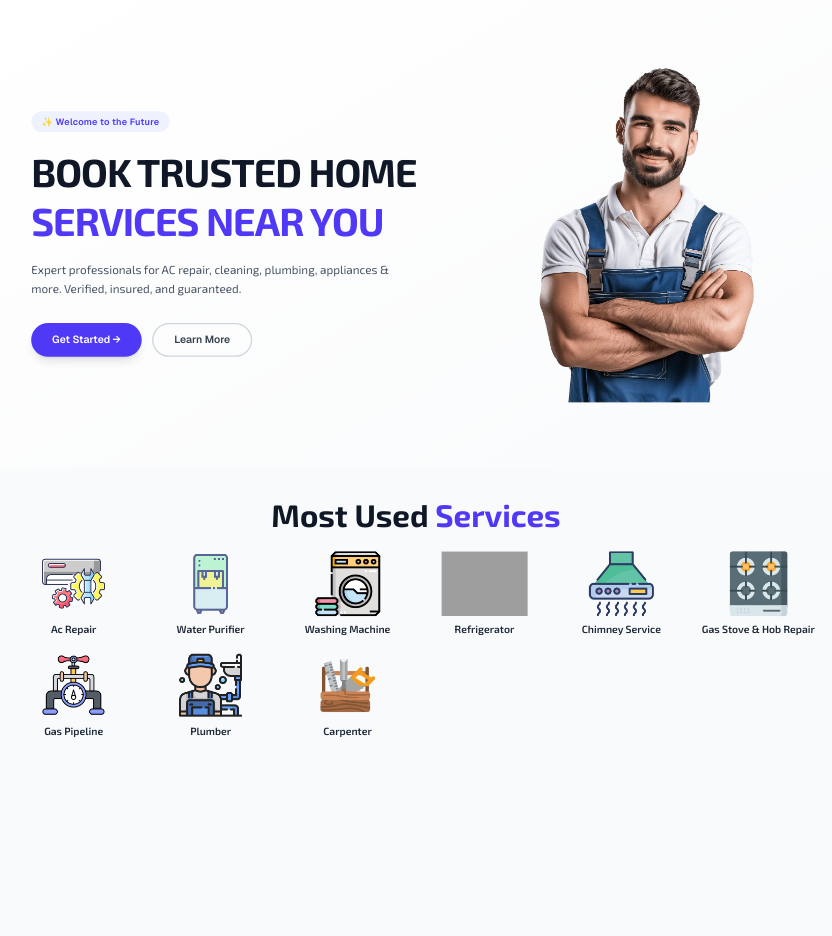
Repository: deepak445566/repai
Page: / (app in repair/)
An editor plug-in stored every save of this project. The page is shown before and after the next save, followed by the edit.
The browser window is 1280 px wide. The pictures show the whole page, at 65% of full size.
Pictures or frames that could not be fetched are drawn as grey boxes. The project was rebuilt for these pictures with package versions that can differ from the ones it lists, and the page was loaded fresh each time. The framework's server and built-in components were replaced by stand-ins that run in the browser. Also part of the build but not shown: repair/next.config.mjs.

Above is the page before, as saved 2026-04-15 13:30:40.

### repair/src/app/layout.js
import { Abril_Fatface, Exo_2, Geist, Geist_Mono } from "next/font/google";
import "./globals.css";

const geistSans = Geist({
  variable: "--font-geist-sans",
  subsets: ["latin"],
});

const geistMono = Geist_Mono({
  variable: "--font-geist-mono",
  subsets: ["latin"],
});
const abril = Abril_Fatface({
  weight: '400',
  subsets: ['latin'],
  variable: '--font-abril',
});

const exo = Exo_2({
  subsets: ['latin'],
  weight: ['400','600','700'],
  variable: '--font-exo',
});

export const metadata = {
  title: "Create Next App",
  description: "Generated by create next app",
};

export default function RootLayout({ children }) {
  return (
    <html
      lang="en"
      className={`${geistSans.variable} ${geistMono.variable} ${abril.variable} ${exo.variable} h-full antialiased`}
    >
      <body className="min-h-full flex flex-col">{children}</body>
    </html>
  );
}

### repair/src/app/page.js
import HeroPage from '@/components/heroPage'
import ServicesPage from '@/components/Service'
import React from 'react'

function page() {
  return (
   <>
   <HeroPage/>
   <ServicesPage/>
   </>
  )
}

export default page

### repair/src/app/globals.css
@import "tailwindcss";

:root {
  --background: #ffffff;
  --foreground: #171717;
}

@theme inline {
  --color-background: var(--background);
  --color-foreground: var(--foreground);
  --font-sans: var(--font-geist-sans);
  --font-mono: var(--font-geist-mono);
}

@media (prefers-color-scheme: dark) {
  :root {
    --background: #0a0a0a;
    --foreground: #ededed;
  }
}

body {
  background: var(--background);
  color: var(--foreground);
  font-family: var(--font-parkinsans);
}



.abril {
  font-family: var(--font-abril);
}

.exo {
  font-family: var(--font-exo);
}

### repair/src/components/heroPage.jsx
import Image from 'next/image';

export default function HeroPage() {
  return (
    <div className="min-h-screen bg-gradient-to-br from-white to-gray-50 flex items-center justify-center px-4 lg:px-12 py-12">
      <div className="max-w-7xl mx-auto w-full">
        <div className="flex flex-col lg:flex-row items-center gap-12 lg:gap-10">

          {/* Left Section - 60% Width */}
          <div className="w-full lg:w-[55%] text-center lg:text-left space-y-6">
            <div className="inline-block px-4 py-1.5 rounded-full bg-indigo-50 text-indigo-600 text-sm font-semibold tracking-wide">
              ✨ Welcome to the Future
            </div>

            <h1 className="text-4xl sm:text-5xl lg:text-6xl font-bold tracking-tight text-gray-900 leading-tight uppercase exo">
            Book Trusted Home
              <span className="text-indigo-600 block"> Services Near You</span>
            </h1>

            <p className="text-lg text-gray-600 max-w-xl mx-auto lg:mx-0 exo">
         Expert professionals for AC repair, cleaning, plumbing, appliances & more. Verified, insured, and guaranteed.
            </p>

            <div className="flex flex-col sm:flex-row gap-4 justify-center lg:justify-start pt-4">
              <button className="px-8 py-3 rounded-full bg-indigo-600 text-white font-semibold shadow-lg hover:bg-indigo-700 transition-all duration-200 transform hover:scale-105">
                Get Started →
              </button>
              <button className="px-8 py-3 rounded-full border-2 border-gray-300 text-gray-700 font-semibold hover:bg-gray-50 transition-all duration-200">
                Learn More
              </button>
            </div>
          </div>

          {/* Right Section - 40% Width */}
          <div className="w-full lg:w-[45%] flex justify-center lg:justify-end">
            <div className="relative w-full max-w-sm sm:max-w-md lg:max-w-lg">
              <div className="absolute inset-0 opacity-60 -z-10"></div>
              <div className="relative overflow-hidden">
                {/* Size control - Apni hisaab se change karo */}
                <div className="relative w-[350px] h-[400px] md:w-[400px] md:h-[400px] lg:w-[550px] lg:h-[550px] mx-auto ">
                  <Image
                    src="/images/image1.png"
                    alt="Hero Image"
                    fill
                    className="object-contain p-4"
                    priority
                  />
                </div>
              </div>
            </div>
          </div>
        </div>
      </div>
    </div>
  );
}

### repair/src/components/Service.jsx
import Image from 'next/image';

export default function ServicesPage() {
  const services = [
    { id: 1, title: "Ac Repair", image: "/images/acrepair.png" },
  { id: 2, title: "Water Purifier", image: "/images/waterrepair.png" },
    { id: 3, title: "Washing Machine", image: "/images/washrepair.png" },
      { id: 4, title: "Refrigerator", image: "/images/fridgerepair.png" },
        { id: 5, title: "Chimney Service", image: "/images/chimneyrepair.png" },
          { id: 6, title: "Gas Stove & Hob Repair", image: "/images/gasrepair.png" },
            { id: 7, title: "Gas Pipeline", image: "/images/piperepair.png" },
              { id: 8, title: "Plumber", image: "/images/plumberrepair.png" },
                { id: 9, title: "Carpenter", image: "/images/carrepair.png" },
  ];

  return (
    <div className="min-h-screen bg-gray-50 py-12 px-4">
      <div className="max-w-7xl mx-auto">

        {/* Header */}
        <div className="text-center mb-8">
          <h2 className="text-3xl sm:text-5xl font-bold text-gray-900 mb-2 exo">
            Most Used <span className="text-indigo-600">Services</span>
          </h2>

        </div>

        {/* Grid - Mobile: 2 columns, Desktop: 6 columns */}
        <div className="grid grid-cols-2 lg:grid-cols-6 gap-3 md:gap-4 exo">
          {services.map((service, index) => (
            <div
              key={service.id}
              className="group cursor-pointer"
            >
              {/* Image Section */}
              <div className="relative h-18 sm:h-22 md:h-25 overflow-hidden ">
                {/* Placeholder - Replace with your images */}

                {/* Actual Image - Uncomment when ready */}
                <Image src={service.image} alt={service.title} fill className="object-contain  transition-transform duration-500" />
              </div>

              {/* Title Section */}
              <div className="py-2 px-1 sm:py-2.5 sm:px-2 text-center">
                <h3 className="text-xs sm:text-sm md:text-base font-semibold text-gray-800 group-hover:text-indigo-600 transition-colors leading-tight">
                  {service.title}
                </h3>
              </div>
            </div>
          ))}
        </div>
      </div>
    </div>
  );
}

### repair/src/components/whyChooseUs.jsx
import Image from 'next/image';

export default function WhyChooseUs() {
  return (
    <div className="bg-gray-50 py-16 px-4">
      <div className="max-w-7xl mx-auto">

        {/* Header with Image */}
        <div className="text-center mb-12">
          <h2 className="text-4xl lg:text-5xl font-bold text-gray-900 mb-4">
            Why Choose <span className="text-indigo-600">Our Services</span>
          </h2>
          <p className="text-gray-600 text-lg max-w-2xl mx-auto">
            Professional repair services you can trust for all your home appliances
          </p>
        </div>

        {/* Features Grid */}
        <div className="grid grid-cols-1 md:grid-cols-2 lg:grid-cols-3 gap-6">
          {/* Feature 1 */}
          <div className="bg-white rounded-xl p-6 shadow-md hover:shadow-xl transition-all">
            <div className="w-14 h-14 bg-blue-100 rounded-full flex items-center justify-center mb-4">
              <svg className="w-7 h-7 text-blue-600" fill="none" stroke="currentColor" viewBox="0 0 24 24">
                <path strokeLinecap="round" strokeLinejoin="round" strokeWidth={2} d="M9 12l2 2 4-4m5.618-4.016A11.955 11.955 0 0112 2.944a11.955 11.955 0 01-8.618 3.04A12.02 12.02 0 003 9c0 5.591 3.824 10.29 9 11.622 5.176-1.332 9-6.03 9-11.622 0-1.042-.133-2.052-.382-3.016z" />
              </svg>
            </div>
            <h3 className="text-xl font-bold mb-2">Verified Professionals</h3>
            <p className="text-gray-600">All service providers are thoroughly verified and trained experts with proven track records</p>
          </div>

          {/* Feature 2 */}
          <div className="bg-white rounded-xl p-6 shadow-md hover:shadow-xl transition-all">
            <div className="w-14 h-14 bg-green-100 rounded-full flex items-center justify-center mb-4">
              <svg className="w-7 h-7 text-green-600" fill="none" stroke="currentColor" viewBox="0 0 24 24">
                <path strokeLinecap="round" strokeLinejoin="round" strokeWidth={2} d="M12 8c-1.657 0-3 .895-3 2s1.343 2 3 2 3 .895 3 2-1.343 2-3 2m0-8c1.11 0 2.08.402 2.599 1M12 8V7m0 1v8m0 0v1m0-1c-1.11 0-2.08-.402-2.599-1M21 12a9 9 0 11-18 0 9 9 0 0118 0z" />
              </svg>
            </div>
            <h3 className="text-xl font-bold mb-2">Transparent Pricing</h3>
            <p className="text-gray-600">No hidden charges. Get upfront pricing and detailed cost breakdowns before booking</p>
          </div>

          {/* Feature 3 */}
          <div className="bg-white rounded-xl p-6 shadow-md hover:shadow-xl transition-all">
            <div className="w-14 h-14 bg-purple-100 rounded-full flex items-center justify-center mb-4">
              <svg className="w-7 h-7 text-purple-600" fill="none" stroke="currentColor" viewBox="0 0 24 24">
                <path strokeLinecap="round" strokeLinejoin="round" strokeWidth={2} d="M3 12l2-2m0 0l7-7 7 7M5 10v10a1 1 0 001 1h3m10-11l2 2m-2-2v10a1 1 0 01-1 1h-3m-6 0a1 1 0 001-1v-4a1 1 0 011-1h2a1 1 0 011 1v4a1 1 0 001 1m-6 0h6" />
              </svg>
            </div>
            <h3 className="text-xl font-bold mb-2">Background Checked</h3>
            <p className="text-gray-600">Every professional undergoes strict background verification for your safety and peace of mind</p>
          </div>

          {/* Feature 4 */}
          <div className="bg-white rounded-xl p-6 shadow-md hover:shadow-xl transition-all">
            <div className="w-14 h-14 bg-orange-100 rounded-full flex items-center justify-center mb-4">
              <svg className="w-7 h-7 text-orange-600" fill="none" stroke="currentColor" viewBox="0 0 24 24">
                <path strokeLinecap="round" strokeLinejoin="round" strokeWidth={2} d="M12 8v4l3 3m6-3a9 9 0 11-18 0 9 9 0 0118 0z" />
              </svg>
            </div>
            <h3 className="text-xl font-bold mb-2">On-Time Guarantee</h3>
            <p className="text-gray-600">Punctual service delivery as per your scheduled time. Your time matters to us</p>
          </div>

          {/* Feature 5 */}
          <div className="bg-white rounded-xl p-6 shadow-md hover:shadow-xl transition-all">
            <div className="w-14 h-14 bg-yellow-100 rounded-full flex items-center justify-center mb-4">
              <svg className="w-7 h-7 text-yellow-600" fill="none" stroke="currentColor" viewBox="0 0 24 24">
                <path strokeLinecap="round" strokeLinejoin="round" strokeWidth={2} d="M11.049 2.927c.3-.921 1.603-.921 1.902 0l1.519 4.674a1 1 0 00.95.69h4.915c.969 0 1.371 1.24.588 1.81l-3.976 2.888a1 1 0 00-.363 1.118l1.518 4.674c.3.922-.755 1.688-1.538 1.118l-3.976-2.888a1 1 0 00-1.176 0l-3.976 2.888c-.783.57-1.838-.197-1.538-1.118l1.518-4.674a1 1 0 00-.363-1.118l-3.976-2.888c-.784-.57-.38-1.81.588-1.81h4.914a1 1 0 00.951-.69l1.519-4.674z" />
              </svg>
            </div>
            <h3 className="text-xl font-bold mb-2">Quality Service</h3>
            <p className="text-gray-600">100% satisfaction guaranteed with professional repair services for all appliances</p>
          </div>

          {/* Feature 6 */}
          <div className="bg-white rounded-xl p-6 shadow-md hover:shadow-xl transition-all">
            <div className="w-14 h-14 bg-red-100 rounded-full flex items-center justify-center mb-4">
              <svg className="w-7 h-7 text-red-600" fill="none" stroke="currentColor" viewBox="0 0 24 24">
                <path strokeLinecap="round" strokeLinejoin="round" strokeWidth={2} d="M9 12.75L11.25 15 15 9.75M21 12c0 1.268-.63 2.39-1.593 3.068a3.745 3.745 0 01-1.043 3.296 3.745 3.745 0 01-3.296 1.043A3.745 3.745 0 0112 21c-1.268 0-2.39-.63-3.068-1.593a3.746 3.746 0 01-3.296-1.043 3.745 3.745 0 01-1.043-3.296A3.745 3.745 0 013 12c0-1.268.63-2.39 1.593-3.068a3.745 3.745 0 011.043-3.296 3.746 3.746 0 013.296-1.043A3.746 3.746 0 0112 3c1.268 0 2.39.63 3.068 1.593a3.746 3.746 0 013.296 1.043 3.746 3.746 0 011.043 3.296A3.745 3.745 0 0121 12z" />
              </svg>
            </div>
            <h3 className="text-xl font-bold mb-2">Warranty Included</h3>
            <p className="text-gray-600">All repairs come with a warranty period for complete peace of mind</p>
          </div>
        </div>
      </div>
    </div>
  );
}

After the next save:
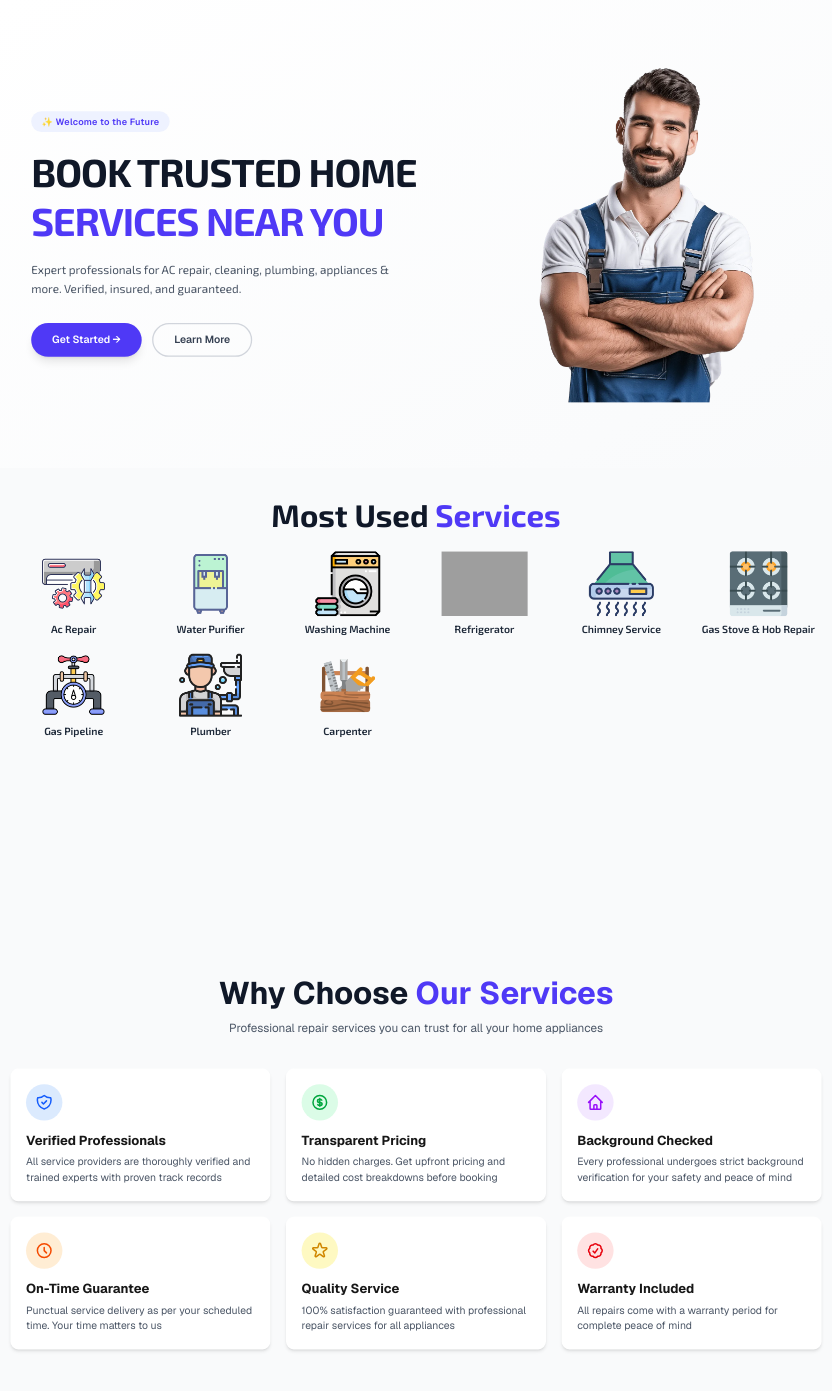
Saved 28 s later.
--- a/repair/src/app/page.js
+++ b/repair/src/app/page.js
@@ -1,5 +1,6 @@
 import HeroPage from '@/components/heroPage'
 import ServicesPage from '@/components/Service'
+import WhyChooseUs from '@/components/whyChooseUs'
 import React from 'react'
 
 function page() {
@@ -7,6 +8,7 @@
    <>
    <HeroPage/>
    <ServicesPage/>
+   <WhyChooseUs/>
    </>
   )
 }
